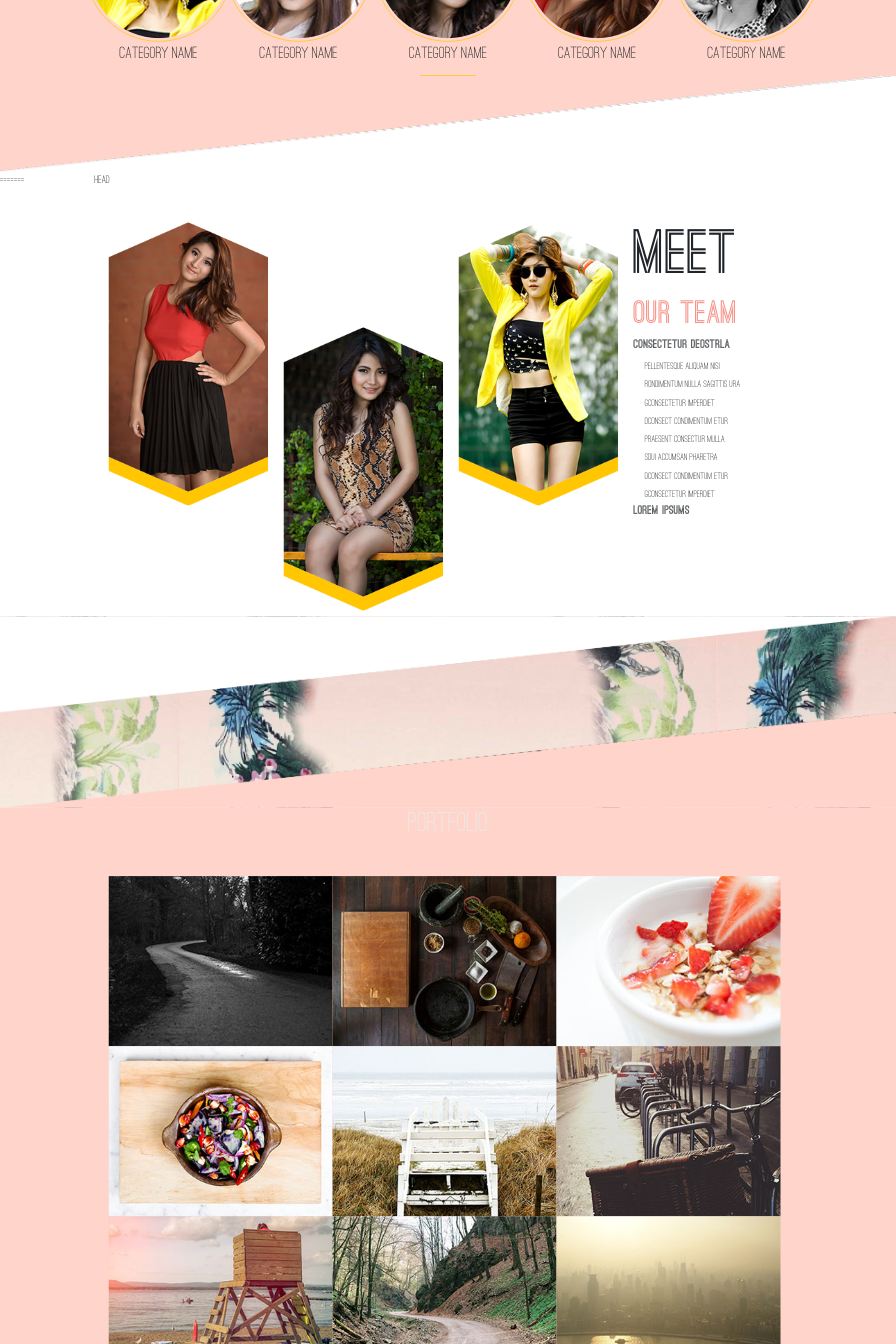
Repository: Demonster1999/newshoperrepo
Page: index.html
An editor plug-in stored every save of this project. The page is shown before and after the next save, followed by the edit.
The browser window is 1280 px wide. The pictures show the part of the page from y = 2382 to 4302 px (the page is 5600 px tall before and 5576 px after), at 70% of full size.
Some web libraries are served in a nearby version.

Above is the page before, as saved 2020-07-21 14:19:54.
Console error: TypeError: Cannot read properties of null (reading 'getContext')

After the next save:
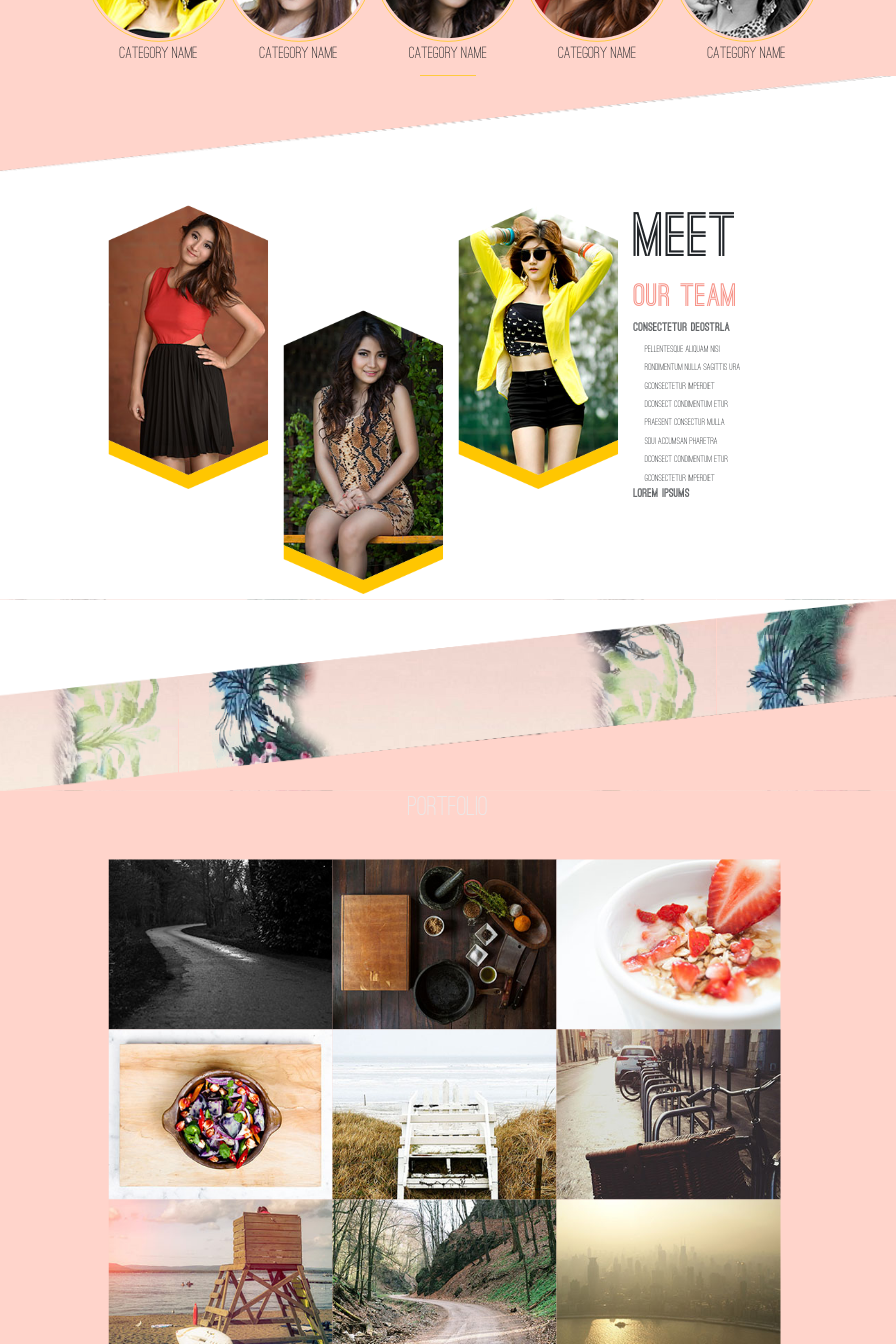
Saved 7 s later.
--- a/index.html
+++ b/index.html
@@ -283,8 +283,7 @@
 		</section> <!-- portfolio -->
 		<section class="tm-section bg-white" id="testimonials" >
 			<img src="images/tm-border-black-top.png" alt="Border" class="tm-border">
-=======
-<<<<<<< HEAD
+
 		<section class="london-market-about tm-section mt-5" id="about"  >
 			<!-- <img src="images/tm-border-black-top.png" alt="Border" class="tm-border">	 -->
 			<div class="container">
